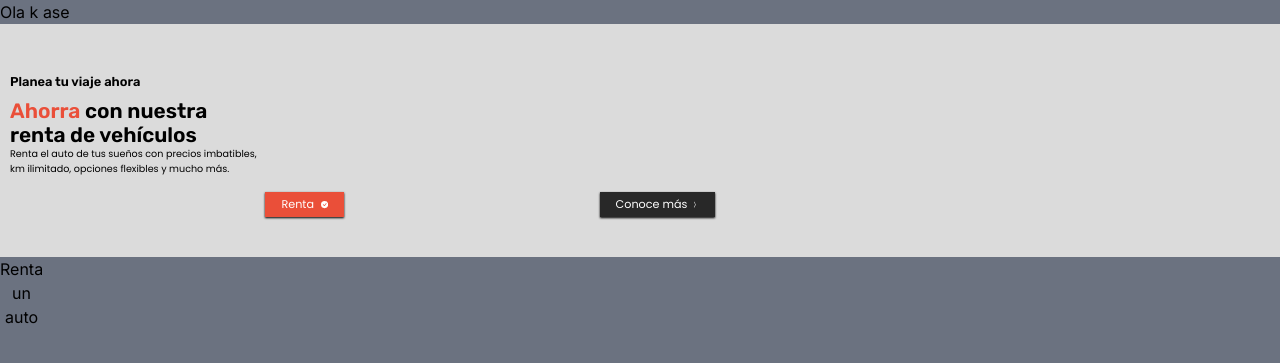
Repository: aldovelacasas/PF_RentCar2
Page: /homePage
The author's editor kept a copy of each file at every save. The page is drawn from the files as they stood at one save, then again after the next save.
The browser window is 1280 px wide. The pictures show the whole page.
The project was rebuilt for these pictures with package versions that can differ from the ones it lists, and the page was loaded fresh each time. The framework's server and built-in components were replaced by stand-ins that run in the browser. Also part of the build but not shown: next.config.js.

Above is the page before, as saved 2023-08-29 19:43:57.

### src/app/layout.jsx
import "./globals.css";
import { Inter } from "next/font/google";

const inter = Inter({ subsets: ["latin"] });

export const metadata = {
  title: "Create Next App",
  description: "Generated by create next app",
};

export default function RootLayout({ children }) {
  return (
    <html lang="en">
      <body className={inter.className}>
        <h1>Ola k ase</h1>
        <div className="h-[calc(100vh-5rem)]">{children}</div>
      </body>
    </html>
  );
}

### src/app/homePage/page.jsx
import { Rubik, Poppins } from "next/font/google";
import { BsChevronCompactRight, BsCheckCircleFill } from "react-icons/bs";

const fontRubik = Rubik({
  weight: "600",
  subsets: ["latin"],
});

const fontPoppins = Poppins({
  weight: "400",
  subsets: ["latin"],
});
const poppins = fontPoppins.className;
const rubik = fontRubik.className;

function HomePage() {
  return (
    <>
      <header className={`bg-gris_fondo ${rubik} space-y-0 space-x-2.5`}>
        <p className={`pt-12 ml-2.5 text-[0.8em] mb-2`}>
          Planea tu viaje ahora
        </p>
        <p className="text-[1.3em]  leading-6">
          <span className="text-naranja_enf">Ahorra </span>
          con nuestra
        </p>
        <p className="text-[1.3em] leading-6">renta de vehículos</p>
        <p className={`${poppins} text-[0.6em] mt-2`}>
          Renta el auto de tus sueños con precios imbatibles,
        </p>
        <p className={`${poppins} text-[0.6em] pb-4`}>
          km ilimitado, opciones flexibles y mucho más.
        </p>
        <div className="flex place-content-evenly w-3/4 mt-3 pb-10">
          <button
            className={`bg-naranja_enf text-white text-[0.7em] px-4 py-1 ${poppins} shadow-sm shadow-black hover:shadow-md hover:shadow-black active:shadow-inner active:shadow-black`}>
            Renta <BsCheckCircleFill className="inline pl-1" />
          </button>
          <button
            className={`bg-negro_fondo text-white text-[0.7em] px-4 py-1 ${poppins} shadow-sm shadow-black hover:shadow-md hover:shadow-black active:shadow-inner active:shadow-black`}>
            Conoce más
            <BsChevronCompactRight className="inline pl-1 stroke-slate-100 pr-0 mr-0" />
          </button>
        </div>
      </header>
      <form>
        <caption className="">Renta un auto</caption>
      </form>
    </>
  );
}

export default HomePage;

### src/app/globals.css
@tailwind base;
@tailwind components;
@tailwind utilities;

body {
   @apply bg-gray-500; /* Fondo más claro */
   color: gray-800; /* Texto oscuro */
}

### tailwind.config.js
/** @type {import('tailwindcss').Config} */
module.exports = {
  content: [
    "./src/pages/**/*.{js,ts,jsx,tsx,mdx}",
    "./src/components/**/*.{js,ts,jsx,tsx,mdx}",
    "./src/app/**/*.{js,ts,jsx,tsx,mdx}",
  ],
  theme: {
    extend: {
      backgroundImage: {
        "gradient-radial": "radial-gradient(var(--tw-gradient-stops))",
        "gradient-conic":
          "conic-gradient(from 180deg at 50% 50%, var(--tw-gradient-stops))",
      },
      colors: {
        gris_fondo: "#dbdbdb",
        gris_frente: "#e9e9e9",
        negro_fondo: "#282828",
        naranja_enf: "#ea4f39",
        rojo_status: "#e30613",
        verde_status: "#4aaf4d",
        amarillo_status: "#f0e400",
      },
    },
  },
  plugins: [],
};

After the next save:
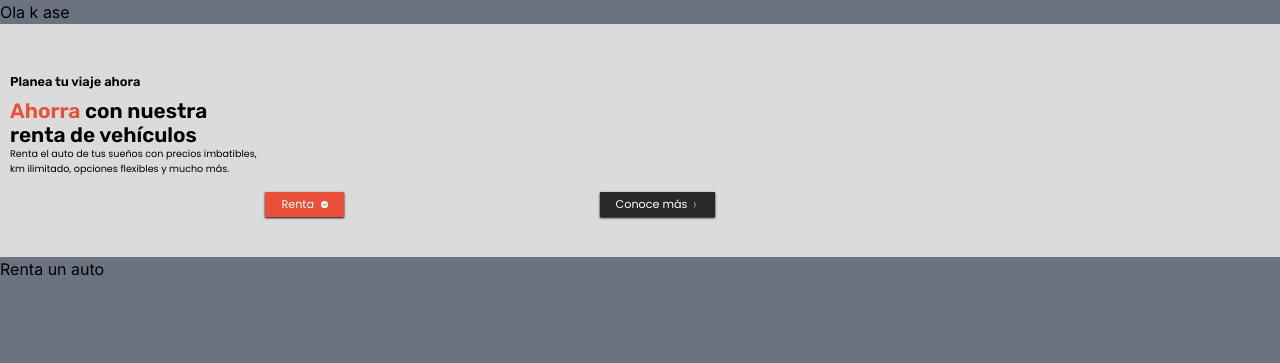
Saved 12 s later.
--- a/src/app/homePage/page.jsx
+++ b/src/app/homePage/page.jsx
@@ -44,7 +44,7 @@ function HomePage() {
         </div>
       </header>
       <form>
-        <caption className="">Renta un auto</caption>
+        <p className="">Renta un auto</p>
       </form>
     </>
   );
